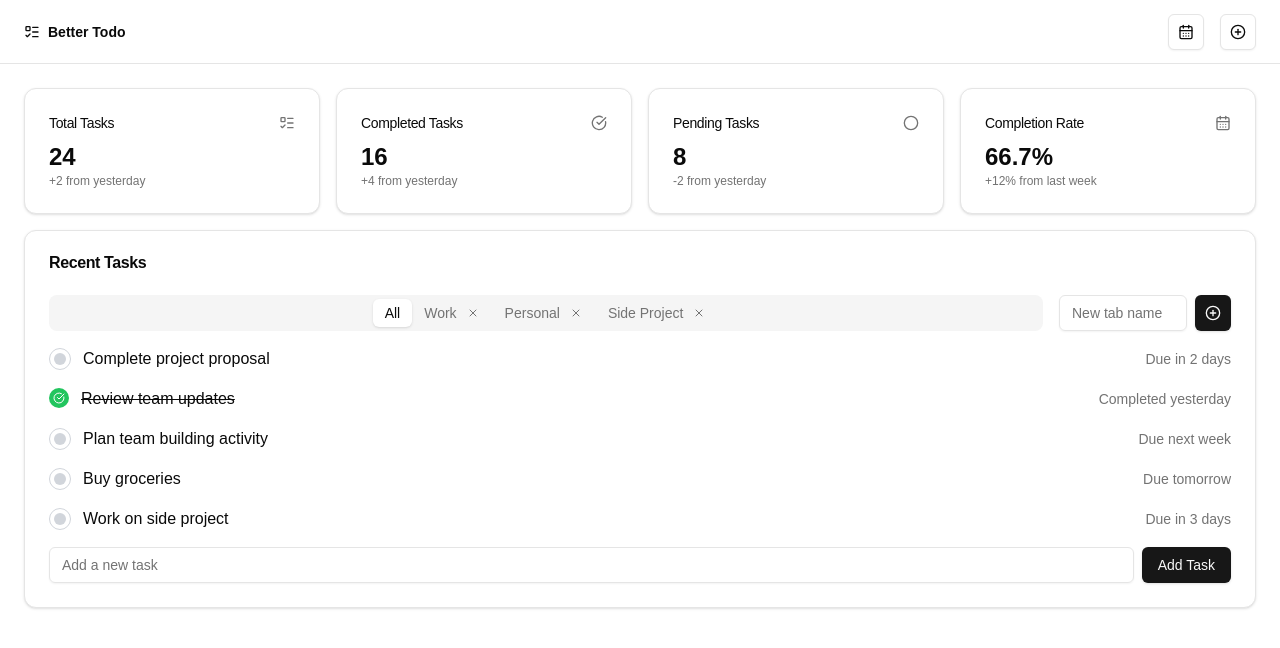
Repository: malikbarbier7/better-todo
Page: /dashboard
These files come from the project's save history. The page is drawn as it stood at one moment and after the next save; the edit follows.
The browser window is 1280 px wide. The pictures show the whole page.
The project was rebuilt for these pictures with package versions that can differ from the ones it lists, and the page was loaded fresh each time. The framework's server and built-in components were replaced by stand-ins that run in the browser. Also part of the build but not shown: next.config.js, next.config.mjs.

Above is the page before, as saved 2024-10-04 10:25:00.

After the next save:
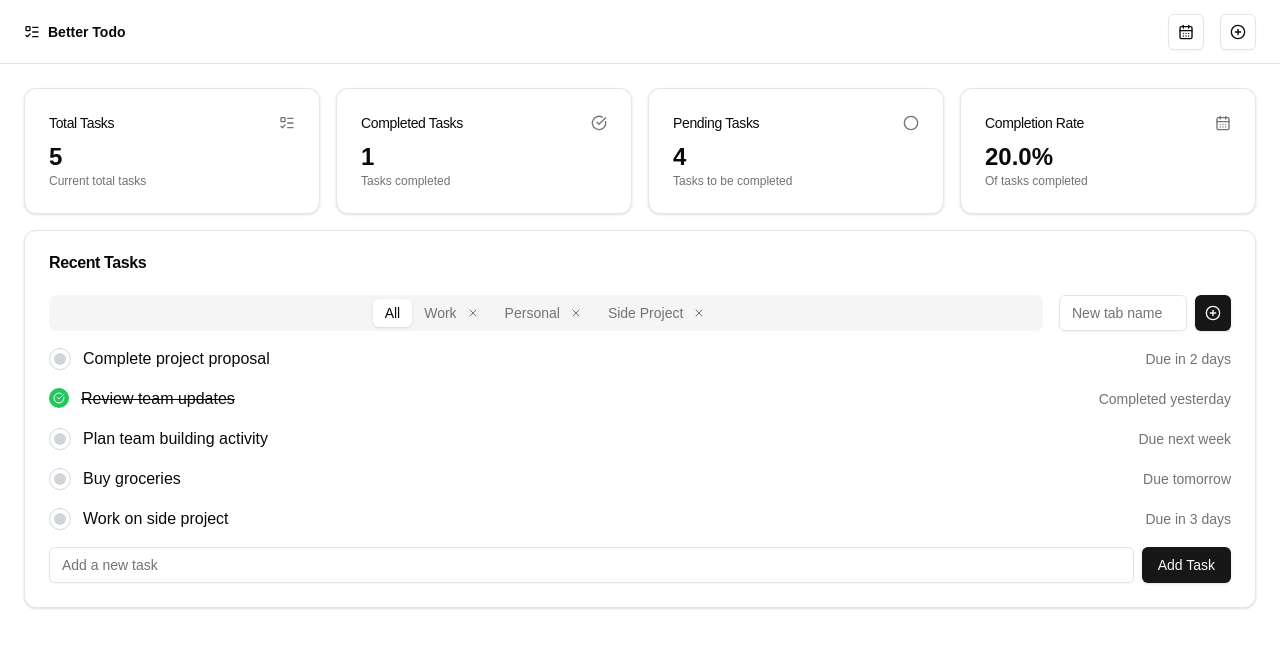
Saved 2 min 51 s later.
--- a/components/dashboard.tsx
+++ b/components/dashboard.tsx
@@ -90,6 +90,18 @@ export function Dashboard() {
       return updatedTasks;
     });
   };
+
+  // Calculer le nombre total de tâches
+  const totalTasks = tasks['All'].length;
+
+  // Calculer le nombre de tâches complétées
+  const completedTasks = tasks['All'].filter(task => task.status === 'completed').length;
+
+  // Calculer le nombre de tâches en attente
+  const pendingTasks = totalTasks - completedTasks;
+
+  // Calculer le taux de complétion
+  const completionRate = totalTasks > 0 ? ((completedTasks / totalTasks) * 100).toFixed(1) : '0.0';
 
   return (
     <div className="flex flex-col min-h-screen">
@@ -121,8 +133,9 @@ export function Dashboard() {
               <ListTodo className="w-4 h-4 text-muted-foreground" />
             </CardHeader>
             <CardContent>
-              <div className="text-2xl font-bold">24</div>
-              <p className="text-xs text-muted-foreground">+2 from yesterday</p>
+              <div className="text-2xl font-bold">{totalTasks}</div>
+              {/* Vous pouvez ajouter une comparaison avec hier si vous gardez un historique */}
+              <p className="text-xs text-muted-foreground">Current total tasks</p>
             </CardContent>
           </Card>
           <Card>
@@ -131,8 +144,8 @@ export function Dashboard() {
               <CheckCircle className="w-4 h-4 text-muted-foreground" />
             </CardHeader>
             <CardContent>
-              <div className="text-2xl font-bold">16</div>
-              <p className="text-xs text-muted-foreground">+4 from yesterday</p>
+              <div className="text-2xl font-bold">{completedTasks}</div>
+              <p className="text-xs text-muted-foreground">Tasks completed</p>
             </CardContent>
           </Card>
           <Card>
@@ -141,8 +154,8 @@ export function Dashboard() {
               <Circle className="w-4 h-4 text-muted-foreground" />
             </CardHeader>
             <CardContent>
-              <div className="text-2xl font-bold">8</div>
-              <p className="text-xs text-muted-foreground">-2 from yesterday</p>
+              <div className="text-2xl font-bold">{pendingTasks}</div>
+              <p className="text-xs text-muted-foreground">Tasks to be completed</p>
             </CardContent>
           </Card>
           <Card>
@@ -151,8 +164,8 @@ export function Dashboard() {
               <CalendarDays className="w-4 h-4 text-muted-foreground" />
             </CardHeader>
             <CardContent>
-              <div className="text-2xl font-bold">66.7%</div>
-              <p className="text-xs text-muted-foreground">+12% from last week</p>
+              <div className="text-2xl font-bold">{completionRate}%</div>
+              <p className="text-xs text-muted-foreground">Of tasks completed</p>
             </CardContent>
           </Card>
         </div>
